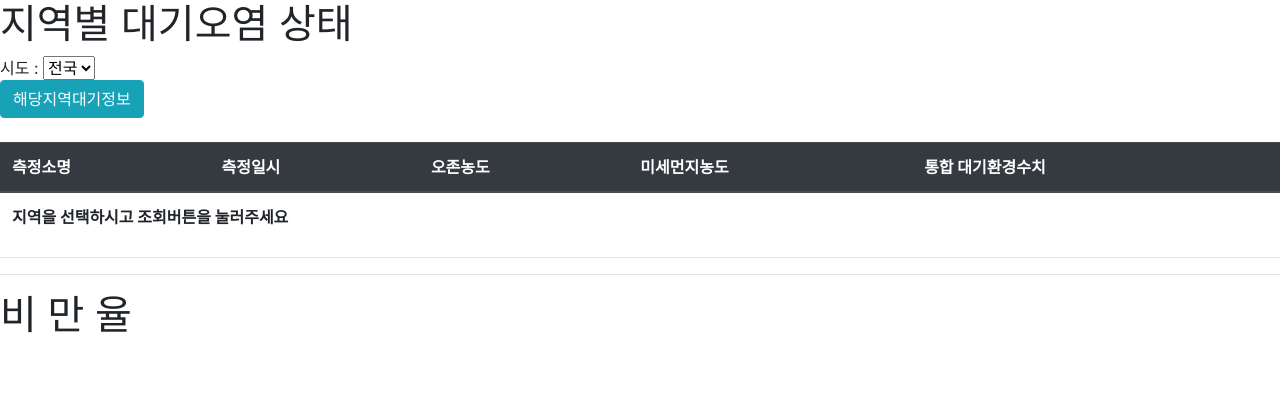
Repository: LeeSeongWook1/semi_Spring
Page: http://localhost/apiProject/
These files come from the project's save history. The page is drawn as it stood at one moment and after the next save; the edit follows.
The browser window is 1280 px wide. The pictures show the whole page.
The page is served by Tomcat 9. Other server files are loaded and not shown.

Above is the page before, as saved 2024-04-25 07:49:08.

### apiProject/src/main/webapp/index.jsp
<%@ page language="java" contentType="text/html; charset=UTF-8"
	pageEncoding="UTF-8"%>
<!DOCTYPE html>
<html>
<head>
<meta charset="UTF-8">
<title>Insert title here</title>
 <!-- jQuery 라이브러리 -->
    <script src="https://ajax.googleapis.com/ajax/libs/jquery/3.4.1/jquery.min.js"></script>
    <!-- 부트스트랩에서 제공하고 있는 스타일 -->
    <link rel="stylesheet" href="https://maxcdn.bootstrapcdn.com/bootstrap/4.5.2/css/bootstrap.min.css">
    <!-- 부트스트랩에서 제공하고 있는 스크립트 -->
    <script src="https://maxcdn.bootstrapcdn.com/bootstrap/4.5.2/js/bootstrap.min.js"></script>
</head>
<body>


	<h1>지역별 대기오염 상태</h1>

	시도 :
	<select id="sidoName">
		<option>전국</option>
		<option>서울</option>
		<option>부산</option>
		<option>대구</option>
		<option>인천</option>
		<option>광주</option>
		<option>대전</option>
		<option>울산</option>
		<option>경기</option>
		<option>경기</option>
		<option>강원</option>
		<option>충북</option>
		<option>충남</option>
		<option>전북</option>
		<option>전남</option>
		<option>경북</option>
		<option>경남</option>
		<option>제주</option>
		<option>세종</option>
	</select>

	<br>
	<button class="btn btn-info" id="btn1">해당지역대기정보</button>
	<br><br>


	<script>
		$(function(){
			$('#btn1').click(function(){
			/*
				$.ajax({
					url : 'air',
					data : {sidoName : $('#sidoName').val()},
					type : 'get',
					success : function(result){
						//console.log(result.response.body.items);

						const items = result.response.body.items;

						let str = '';
						for(let i in items){
							const item = items[i];

							str+= '<tr>'
								+ '<td>' +item.stationName+'</td>'
								+ '<td>' +item.dataTime + '</td>'
								+ '<td>' +item.o3Value+'</td>'
								+ '<td>' +item.pm10Value+'</td>'
								+ '<td>' +item.khaiValue+'</td>'
								+ '</tr>';
						}

						$('tbody').html();
					}
				});
				*/

				/*
					익명함수를 화살표 표기법을 이용해서 작성(가시성이 좋음)

					"function(){}"를 		"()=>{}"" 이렇게 작성할 수 있음

					"function(a){}"를		"a =>{}" 이렇게 작성할 수 있음

					"function(a,b){}"를 		"(a,b)=>{}"이렇게 작성할 수 있음

					"function(){return 'a'}"를  ()=>'a'"이렇게 작성할 수 있음

				*/

				$.ajax({
					url : 'xml',
					data : {sidoName : $('#sidoName').val()},
					type : 'get',
					success : data => {

						//console.log(data);

						//jQuery => find() : 기준이 되는 요소의 하위요소들 중 특정 요소를 찾을 떄 사용(HTML요소) -> XML 요소에도 사용가능

						//console.log($(data).find('item'));

						//XML형식의 응답데이터를 받았을떄
						//1. 응답 데이터에서 실제 데이터가 담겨있는 요소 선택
						const items = $(data).find('item');

						//2.반복문을 통해 실제 데이터가 담긴 요소들에 접근해서 동적으로 요소 만들기!
						let value='';
						items.each((i,item)=>{ //1번 i에는 index, 2번 item에는 element
							//console.log(item);
							//console.log($(item).find('stationName').text());

							value+= '<tr>'
									+'<td>' +$(item).find('stationName').text() +'</td>'
									+'<td>' +$(item).find('dataTime').text() +'</td>'
									+'<td>' +$(item).find('o3Value').text() +'</td>'
									+'<td>' +$(item).find('pm10Value').text() +'</td>'
									+'<td>' +$(item).find('khaiValue').text() +'</td>'
									+'</tr>';


						});

						$('tbody').html(value);


					},
					error : () => {
						console.log('실패');
					}
				})

			});

		})

	</script>


	<table class="table table-hover">
		<thead class="thead-dark">
			<tr>
				<th>측정소명</th>
				<th>측정일시</th>
				<th>오존농도</th>
				<th>미세먼지농도</th>
				<th>통합 대기환경수치</th>
			</tr>
		</thead>
		<tbody>
			<tr>
				<th colspan="5">지역을 선택하시고 조회버튼을 눌러주세요 </th>
			</tr>
		</tbody>
	</table>

	<hr><hr>

	<h1>비 만 율</h1>
</body>
</html>

After the next save:
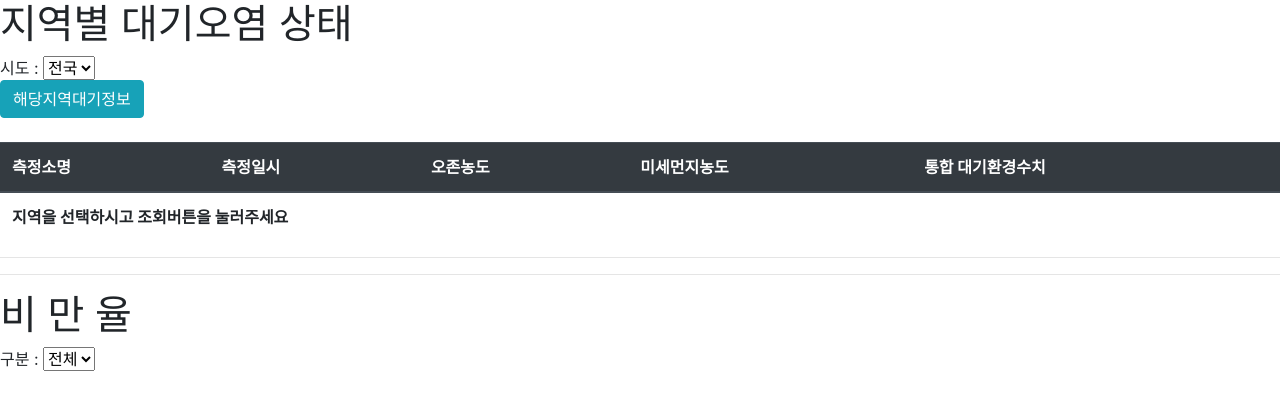
Saved 26 s later.
--- a/apiProject/src/main/webapp/index.jsp
+++ b/apiProject/src/main/webapp/index.jsp
@@ -158,5 +158,13 @@
 	<hr><hr>
 
 	<h1>비 만 율</h1>
+		구분 :
+	<select id="sidoName">
+		<option>전체</option>
+		<option>남</option>
+		<option>여</option>
+	</select>
+
+
 </body>
 </html>
